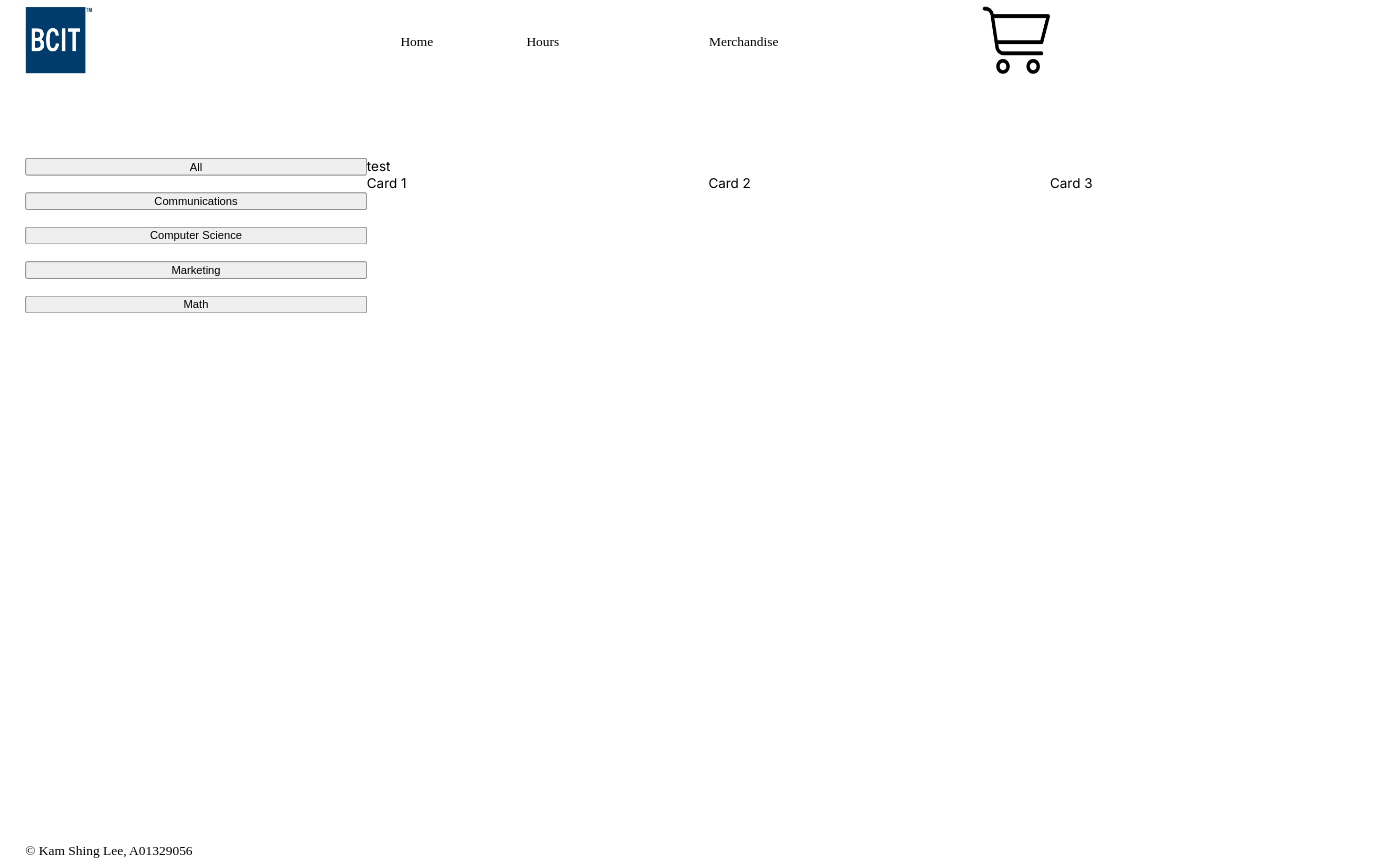
Repository: klee616/assessment3
Page: /
These files come from the project's save history. The page is drawn as it stood at one moment and after a run of saves; the edit follows.
The browser window is 1280 px wide. The page is 1657 px wide, so the pictures cover 1657 px, including what lies to the right of the window. The pictures show the whole page, at 84% of full size.
The project was rebuilt for these pictures with package versions that can differ from the ones it lists, and the page was loaded fresh each time. The framework's server and built-in components were replaced by stand-ins that run in the browser. Also part of the build but not shown: next.config.mjs.

Above is the page before, as saved 2024-02-06 00:42:29.

### pages/index.js
import Head from "next/head";
import { Inter } from "next/font/google";
import styles from "@/styles/Home.module.css";
import layout from "@/styles/layout.module.css"
import Header from "@/components/Header";
import Footer from "@/components/Footer";

const inter = Inter({ subsets: ["latin"] });

export default function Home() {
  return (
    <>
      <Head>
        <title>BCIT Book Store</title>
        <meta name="description" content="All online pick-up orders are available at the Burnaby Campus Bookstore (SE2). Please allow 2-3 business days for order processing." />
        <meta name="viewport" content="width=device-width, initial-scale=1" />
        <link rel="icon" href="/favicon.ico" />
      </Head>

      <Header />
      <main className={`${styles.main} ${inter.className}`}>
        <div className={`${layout['row']}`}>
          <div className={`${layout['col-lg-4']} ${layout['col-md-4']} ${layout['col-lg-4']}}`}>
            <div className={styles['aside-containera']}>
              <button>All</button>
              <button>Communications</button>
              <button>Computer Science</button>
              <button>Marketing</button>
              <button>Math</button>
            </div>
          </div>
          <div className={`${layout['col-lg-8']} ${layout['col-md-8']} ${layout['col-lg-8']}}`}>

            <div className={`${layout['row']}`}>

              <div className={`${layout['col-lg-12']} ${layout['col-md-12']} ${layout['col-lg-12']}}`}>
                test
              </div>
              <div className={`${layout['col-lg-4']} ${layout['col-md-4']} ${layout['col-lg-4']}}`}>
                Card 1
              </div>
              <div className={`${layout['col-lg-4']} ${layout['col-md-4']} ${layout['col-lg-4']}}`}>
                Card 2
              </div>
              <div className={`${layout['col-lg-4']} ${layout['col-md-4']} ${layout['col-lg-4']}}`}>
                Card 3
              </div>
            </div>
          </div>
        </div>
      </main>
      <Footer />
    </>
  );
}

### styles/globals.css
:root {
  --background-color: #fff;
  --highlight: #FFF400;
  --blue: #003C71;
  --white-text: #fff;
  --product-background: rgb(245, 245, 245);
}

a{
  color: inherit;
  text-decoration: none;
}

### styles/Home.module.css
.main {
  display: flex;
  flex-direction: column;
  justify-content: space-between;
  align-items: center;
  padding: 6rem;
  min-height: 100vh;
}
.aside-containera{
  display: flex;
  flex-direction: column;
  flex-wrap: nowrap;
  row-gap: 20px;
}

### styles/layout.module.css

.row {
    display: flex;
    flex-direction: row;
    flex-wrap: wrap;
    justify-content: left;
    align-items: stretch;
  }

  .col-lg-12, .col-md-12, .col-sm-12{
      flex: 0 0 12;
      width: calc(100% / 12 * 12);
  }

  .col-lg-11, .col-md-11, .col-sm-11{
      flex: 0 0 11;
      width: calc(100% / 12 * 11);
  }

  .col-lg-10, .col-md-10, .col-sm-10{
      flex: 0 0 10;
      width: calc(100% / 12 * 10);
  }

  .col-lg-9, .col-md-9, .col-sm-9{
      flex: 0 0 9;
      width: calc(100% / 12 * 9);
  }

  .col-lg-8, .col-md-8, .col-sm-8{
      flex: 0 0 8;
      width: calc(100% / 12 * 8);
  }

  .col-lg-7, .col-md-7, .col-sm-7{
      flex: 0 0 7;
      width: calc(100% / 12 * 7);
  }

  .col-lg-6, .col-md-6, .col-sm-6{
      flex: 0 0 6;
      width: calc(100% / 12 * 6);
  }

  .col-lg-5, .col-md-5, .col-sm-5{
      flex: 0 0 5;
      width: calc(100% / 12 * 5);
  }

  .col-lg-4, .col-md-4, .col-sm-4{
      flex: 0 0 4;
      width: calc(100% / 12 * 4);
  }

  .col-lg-3, .col-md-3, .col-sm-3{
      flex: 0 0 3;
      width: calc(100% / 12 * 3);
  }

  .col-lg-2, .col-md-2, .col-sm-2{
      flex: 0 0 2;
      width: calc(100% / 12 * 2);
  }

  .col-lg-1, .col-md-1, .col-sm-1{
      flex: 0 0 1;
      width: calc(100% / 12 * 1);
  }

  .text-align-right{
    text-align: right;
  }

  @media (min-width: 1221px ) {
    /* lg*/

    .row {
      max-width: 1220px;
      width: 100vw;
    }

    .row-wider{
      width: 992px;
    }


    .col-lg-12 {
      flex: 0 0 12;
      width: calc(100% / 12 * 12);
    }

    .col-lg-11 {
      flex: 0 0 11;
      width: calc(100% / 12 * 12);
    }

    .col-lg-10 {
      flex: 0 0 10;
      width: calc(100% / 12 * 10);
    }

    .col-lg-9 {
      flex: 0 0 9;
      width: calc(100% / 12 * 9);
    }

    .col-lg-8 {
      flex: 0 0 8;
      width: calc(100% / 12 * 8);
    }

    .col-lg-7 {
      flex: 0 0 7;
      width: calc(100% / 12 * 7);
    }

    .col-lg-6 {
      flex: 0 0 6;
      width: calc(100% / 12 * 6);
    }

    .col-lg-5 {
      flex: 0 0 5;
      width: calc(100% / 12 * 5);
    }

    .col-lg-4 {
      flex: 0 0 4;
      width: calc(100% / 12 * 4);
    }

    .col-lg-3 {
      flex: 0 0 3;
      width: calc(100% / 12 * 3);
    }

    .col-lg-2 {
      flex: 0 0 2;
      width: calc(100% / 12 * 2);
    }

    .col-lg-1 {
      flex: 0 0 1;
      width: calc(100% / 12 * 1);
    }

    .lg-hidden{
      display: none;;
    }
  }


  @media (max-width:1220px) and (min-width:701px) {
    /* md*/

    .row {
        max-width: 1440px;
        width: 100vw;

    }



    .col-md-12 {
      flex: 0 0 12;
      width: calc(100% / 12 * 12);
    }

    .col-md-11 {
      flex: 0 0 11;
      width: calc(100% / 12 * 12);
    }

    .col-md-10 {
      flex: 0 0 10;
      width: calc(100% / 12 * 10);
    }

    .col-md-9 {
      flex: 0 0 9;
      width: calc(100% / 12 * 9);
    }

    .col-md-8 {
      flex: 0 0 8;
      width: calc(100% / 12 * 8);
    }

    .col-md-7 {
      flex: 0 0 7;
      width: calc(100% / 12 * 7);
    }

    .col-md-6 {
      flex: 0 0 6;
      width: calc(100% / 12 * 6);
    }

    .col-md-5 {
      flex: 0 0 5;
      width: calc(100% / 12 * 5);
    }

    .col-md-4 {
      flex: 0 0 4;
      width: calc(100% / 12 * 4);
    }

    .col-md-3 {
      flex: 0 0 3;
      width: calc(100% / 12 * 3);
    }

    .col-md-2 {
      flex: 0 0 2;
      width: calc(100% / 12 * 2);
    }

    .col-md-1 {
      flex: 0 0 1;
      width: calc(100% / 12 * 1);
    }


    .md-hidden{
      display: none;;
    }
  }


  @media (max-width:700px) {
    /* sm*/

    .row {
        max-width: 640;
        width: 100vw;

    }


    .col-sm-12 {
      flex: 0 0 12;
      width: calc(100% / 12 * 12);
    }

    .col-sm-11 {
      flex: 0 0 11;
      width: calc(100% / 12 * 12);
    }

    .col-sm-10 {
      flex: 0 0 10;
      width: calc(100% / 12 * 10);
    }

    .col-sm-9 {
      flex: 0 0 9;
      width: calc(100% / 12 * 9);
    }

    .col-sm-8 {
      flex: 0 0 8;
      width: calc(100% / 12 * 8);
    }

    .col-sm-7 {
      flex: 0 0 7;
      width: calc(100% / 12 * 7);
    }

    .col-sm-6 {
      flex: 0 0 6;
      width: calc(100% / 12 * 6);
    }

    .col-sm-5 {
      flex: 0 0 5;
      width: calc(100% / 12 * 5);
    }

    .col-sm-4 {
      flex: 0 0 4;
      width: calc(100% / 12 * 4);
    }

    .col-sm-3 {
      flex: 0 0 3;
      width: calc(100% / 12 * 3);
    }

    .col-sm-2 {
      flex: 0 0 2;
      width: calc(100% / 12 * 2);
    }

    .col-sm-1 {
      flex: 0 0 1;
      width: calc(100% / 12 * 1);
    }

    .sm-hidden{
      display: none;
    }
  }

### components/Header/index.js
import styles from './Header.module.css'
import layout from '@/styles/Layout.module.css'
import Image from 'next/image'
import Link from 'next/link'

export default function Header() {
    return (
        <>
            <header className={`${styles['page-header']}`}>
                <div className={`${layout.row}`}>
                    <div className={`${layout['col-lg-4']} ${layout['col-md-4']} ${layout['col-sm-4']}`}>
                        <Image
                            src="/images/bcit_logo.png"
                            width={80}
                            height={80} />
                    </div>
                    <div className={`${layout['col-lg-8']} ${layout['col-md-8']} ${layout['col-sm-8']}`}>
                        <div className={styles['menu-container']}>
                            <ul className={styles['menu-list']}>
                                <li className={styles['menu-item']}>
                                    <Link href='/'>Home</Link>
                                </li>
                                <li className={styles['menu-item']}>
                                    <Link href='/'>Hours</Link>
                                </li>
                                <li className={styles['menu-item']}>
                                    <Link href='/'>Merchandise</Link>
                                </li>
                            </ul>

                            <Link href='/'>
                                <Image
                                    src="/images/shopping.png"
                                    width={80}
                                    height={80} />
                            </Link>
                        </div>
                    </div>
                </div>
            </header>
        </>
    )
}

### components/Footer/index.js
import styles from './Footer.module.css'
import layout from '@/styles/Layout.module.css'

export default function Footer(){
    return (
        <>
        <footer className={styles['page-footer']}>
            <div className={`${layout['row']}`}>
<div className={`${layout['col-lg-12']} ${layout['col-md-12']} ${layout['col-sm-12']}`}>
    &copy; Kam Shing Lee, A01329056
</div>
</div>
        </footer>
        </>
    )
}

### components/Header/Header.module.css
.page-header{
    display: flex;
    flex-direction: column;
    flex-wrap: nowrap;
    align-items: center;
    justify-content: center;
  }

.menu-container{
    display: flex;
    flex-direction: row;
    flex-wrap: nowrap;
    align-content: center;
    justify-content:space-between;
    align-items: center;
}

.menu-list{
    display: flex;
    flex-direction: row;
    flex-wrap: nowrap;
    align-content: center;
    justify-content:space-around;
    align-items: center;
    list-style: none;
}

.menu-list .menu-item{
    width: 150px;
    text-align: left;
}
.menu-list .menu-item:nth-last-child(1){
    text-align: right;
}
.menu-item a{
display: block;
width: 100%;
}

### styles/Layout.module.css

.row {
    display: flex;
    flex-direction: row;
    flex-wrap: wrap;
    justify-content: left;
    align-items: stretch;
  }

  .col-lg-12, .col-md-12, .col-sm-12{
      flex: 0 0 12;
      width: calc(100% / 12 * 12);
  }

  .col-lg-11, .col-md-11, .col-sm-11{
      flex: 0 0 11;
      width: calc(100% / 12 * 11);
  }

  .col-lg-10, .col-md-10, .col-sm-10{
      flex: 0 0 10;
      width: calc(100% / 12 * 10);
  }

  .col-lg-9, .col-md-9, .col-sm-9{
      flex: 0 0 9;
      width: calc(100% / 12 * 9);
  }

  .col-lg-8, .col-md-8, .col-sm-8{
      flex: 0 0 8;
      width: calc(100% / 12 * 8);
  }

  .col-lg-7, .col-md-7, .col-sm-7{
      flex: 0 0 7;
      width: calc(100% / 12 * 7);
  }

  .col-lg-6, .col-md-6, .col-sm-6{
      flex: 0 0 6;
      width: calc(100% / 12 * 6);
  }

  .col-lg-5, .col-md-5, .col-sm-5{
      flex: 0 0 5;
      width: calc(100% / 12 * 5);
  }

  .col-lg-4, .col-md-4, .col-sm-4{
      flex: 0 0 4;
      width: calc(100% / 12 * 4);
  }

  .col-lg-3, .col-md-3, .col-sm-3{
      flex: 0 0 3;
      width: calc(100% / 12 * 3);
  }

  .col-lg-2, .col-md-2, .col-sm-2{
      flex: 0 0 2;
      width: calc(100% / 12 * 2);
  }

  .col-lg-1, .col-md-1, .col-sm-1{
      flex: 0 0 1;
      width: calc(100% / 12 * 1);
  }

  .text-align-right{
    text-align: right;
  }

  @media (min-width: 1221px ) {
    /* lg*/

    .row {
      max-width: 1220px;
      width: 100vw;
    }

    .row-wider{
      width: 992px;
    }


    .col-lg-12 {
      flex: 0 0 12;
      width: calc(100% / 12 * 12);
    }

    .col-lg-11 {
      flex: 0 0 11;
      width: calc(100% / 12 * 12);
    }

    .col-lg-10 {
      flex: 0 0 10;
      width: calc(100% / 12 * 10);
    }

    .col-lg-9 {
      flex: 0 0 9;
      width: calc(100% / 12 * 9);
    }

    .col-lg-8 {
      flex: 0 0 8;
      width: calc(100% / 12 * 8);
    }

    .col-lg-7 {
      flex: 0 0 7;
      width: calc(100% / 12 * 7);
    }

    .col-lg-6 {
      flex: 0 0 6;
      width: calc(100% / 12 * 6);
    }

    .col-lg-5 {
      flex: 0 0 5;
      width: calc(100% / 12 * 5);
    }

    .col-lg-4 {
      flex: 0 0 4;
      width: calc(100% / 12 * 4);
    }

    .col-lg-3 {
      flex: 0 0 3;
      width: calc(100% / 12 * 3);
    }

    .col-lg-2 {
      flex: 0 0 2;
      width: calc(100% / 12 * 2);
    }

    .col-lg-1 {
      flex: 0 0 1;
      width: calc(100% / 12 * 1);
    }

    .lg-hidden{
      display: none;;
    }
  }


  @media (max-width:1220px) and (min-width:701px) {
    /* md*/

    .row {
        max-width: 1440px;
        width: 100vw;

    }



    .col-md-12 {
      flex: 0 0 12;
      width: calc(100% / 12 * 12);
    }

    .col-md-11 {
      flex: 0 0 11;
      width: calc(100% / 12 * 12);
    }

    .col-md-10 {
      flex: 0 0 10;
      width: calc(100% / 12 * 10);
    }

    .col-md-9 {
      flex: 0 0 9;
      width: calc(100% / 12 * 9);
    }

    .col-md-8 {
      flex: 0 0 8;
      width: calc(100% / 12 * 8);
    }

    .col-md-7 {
      flex: 0 0 7;
      width: calc(100% / 12 * 7);
    }

    .col-md-6 {
      flex: 0 0 6;
      width: calc(100% / 12 * 6);
    }

    .col-md-5 {
      flex: 0 0 5;
      width: calc(100% / 12 * 5);
    }

    .col-md-4 {
      flex: 0 0 4;
      width: calc(100% / 12 * 4);
    }

    .col-md-3 {
      flex: 0 0 3;
      width: calc(100% / 12 * 3);
    }

    .col-md-2 {
      flex: 0 0 2;
      width: calc(100% / 12 * 2);
    }

    .col-md-1 {
      flex: 0 0 1;
      width: calc(100% / 12 * 1);
    }


    .md-hidden{
      display: none;;
    }
  }


  @media (max-width:700px) {
    /* sm*/

    .row {
        max-width: 640;
        width: 100vw;

    }


    .col-sm-12 {
      flex: 0 0 12;
      width: calc(100% / 12 * 12);
    }

    .col-sm-11 {
      flex: 0 0 11;
      width: calc(100% / 12 * 12);
    }

    .col-sm-10 {
      flex: 0 0 10;
      width: calc(100% / 12 * 10);
    }

    .col-sm-9 {
      flex: 0 0 9;
      width: calc(100% / 12 * 9);
    }

    .col-sm-8 {
      flex: 0 0 8;
      width: calc(100% / 12 * 8);
    }

    .col-sm-7 {
      flex: 0 0 7;
      width: calc(100% / 12 * 7);
    }

    .col-sm-6 {
      flex: 0 0 6;
      width: calc(100% / 12 * 6);
    }

    .col-sm-5 {
      flex: 0 0 5;
      width: calc(100% / 12 * 5);
    }

    .col-sm-4 {
      flex: 0 0 4;
      width: calc(100% / 12 * 4);
    }

    .col-sm-3 {
      flex: 0 0 3;
      width: calc(100% / 12 * 3);
    }

    .col-sm-2 {
      flex: 0 0 2;
      width: calc(100% / 12 * 2);
    }

    .col-sm-1 {
      flex: 0 0 1;
      width: calc(100% / 12 * 1);
    }

    .sm-hidden{
      display: none;
    }
  }

### components/Footer/Footer.module.css
.page-footer{
    display: flex;
    flex-direction: column;
    flex-wrap: nowrap;
    align-items: center;
    justify-content: center;
}

Loaded but not shown: pages/_app.js (common file); pages/_document.js (common file)

After the next 4 saves:
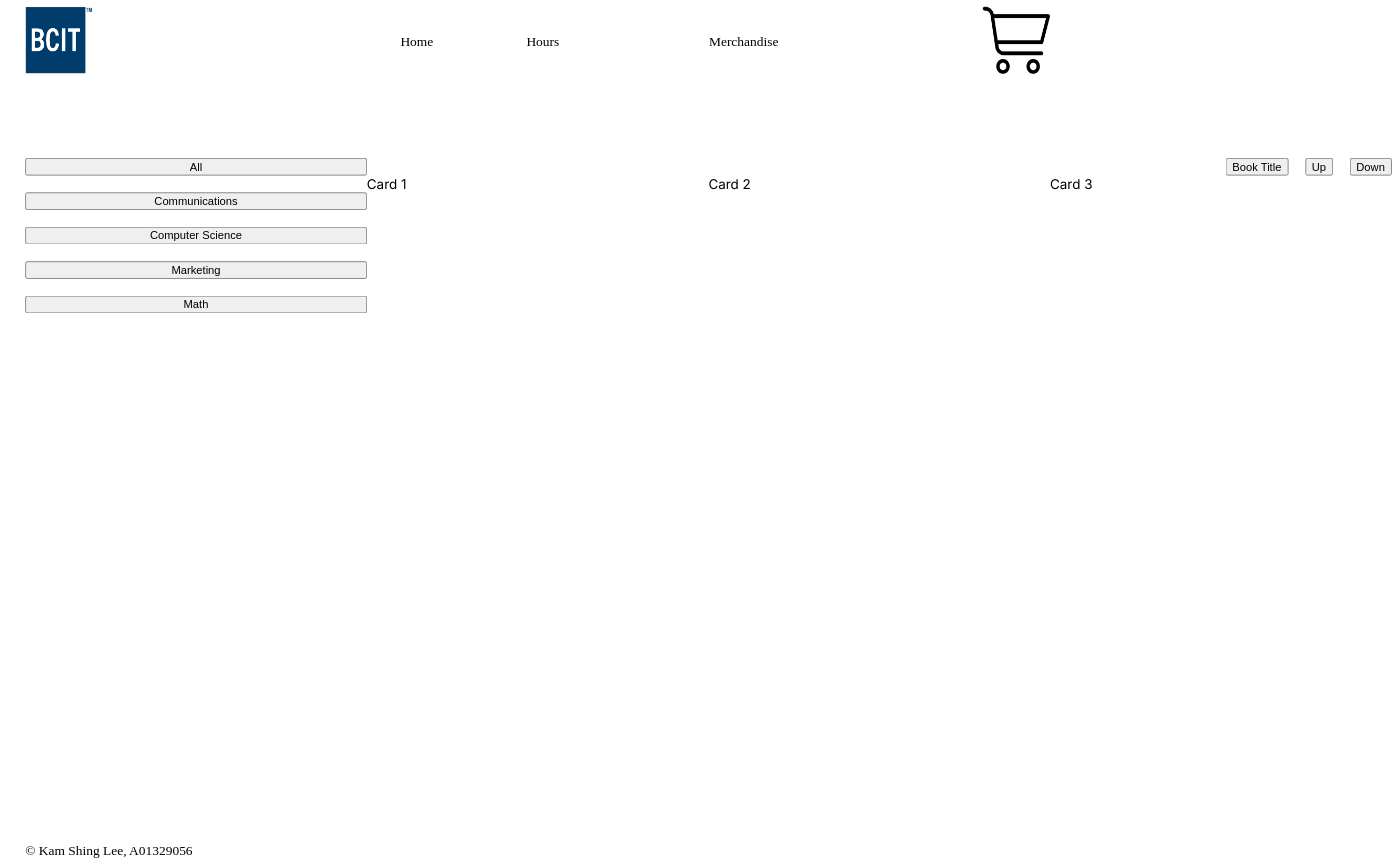
The 4 saves are shown as one change because 3 did not build or start.
The last was saved 3 min 17 s later.
--- a/pages/index.js
+++ b/pages/index.js
@@ -34,7 +34,11 @@
             <div className={`${layout['row']}`}>
 
               <div className={`${layout['col-lg-12']} ${layout['col-md-12']} ${layout['col-lg-12']}}`}>
-                test
+                <div className={styles['top-menu']}>
+                  <button>Book Title</button>
+                  <button>Up</button>
+                  <button>Down</button>
+                  </div>
               </div>
               <div className={`${layout['col-lg-4']} ${layout['col-md-4']} ${layout['col-lg-4']}}`}>
                 Card 1
--- a/styles/Home.module.css
+++ b/styles/Home.module.css
@@ -12,3 +12,12 @@
   flex-wrap: nowrap;
   row-gap: 20px;
 }
+
+.top-menu{
+  display: flex;
+  flex-direction: row;
+  flex-wrap: nowrap;
+  justify-content: right;
+  column-gap: 20px;
+
+}
